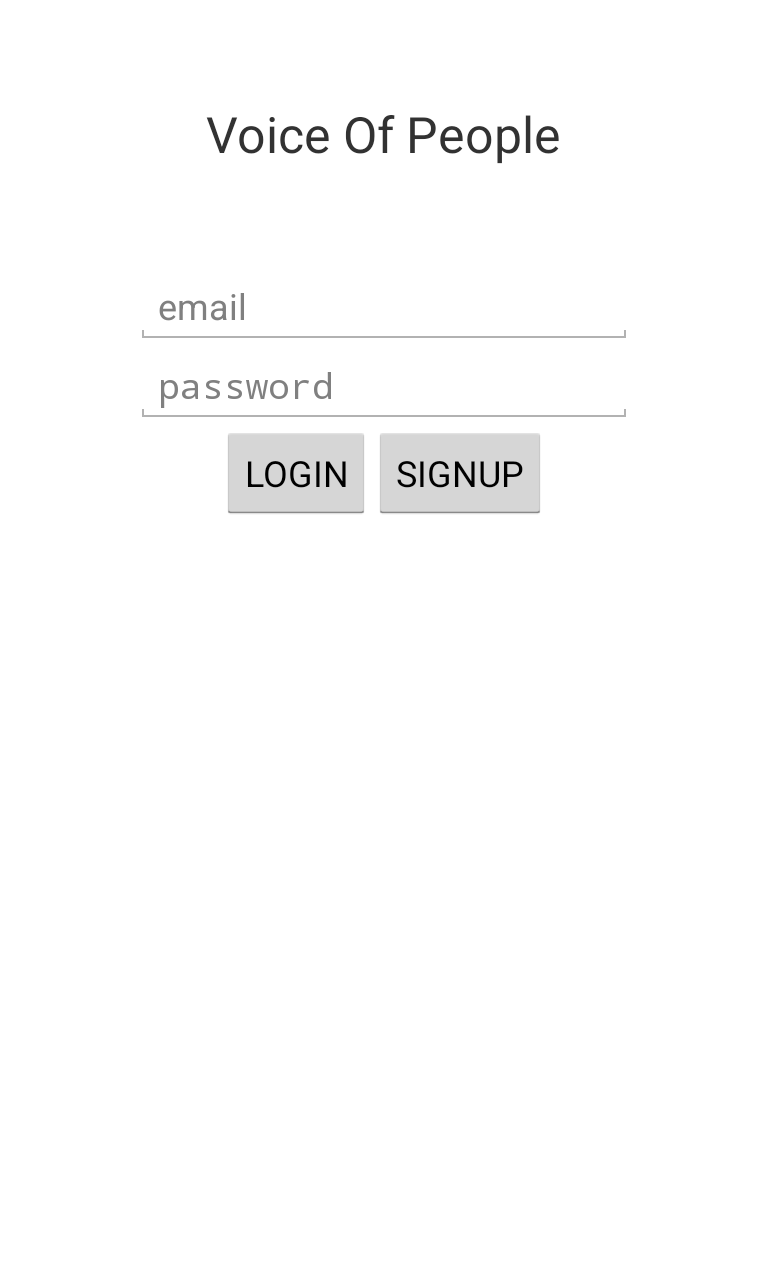
Repository: elvispap/The_Voice_of_People_Android_app
Layout: Voice of People/res/layout/signup.xml
The author's editor kept a copy of each file at every save. The layout is drawn from the files as they stood at one save, then again after the next save.
It is drawn on a 768 x 1280 px phone screen (xhdpi) without system bars, with theme AppTheme; the app's code is not run.

Above is the layout before, as saved 2014-01-02 17:15:38.

After the next save:
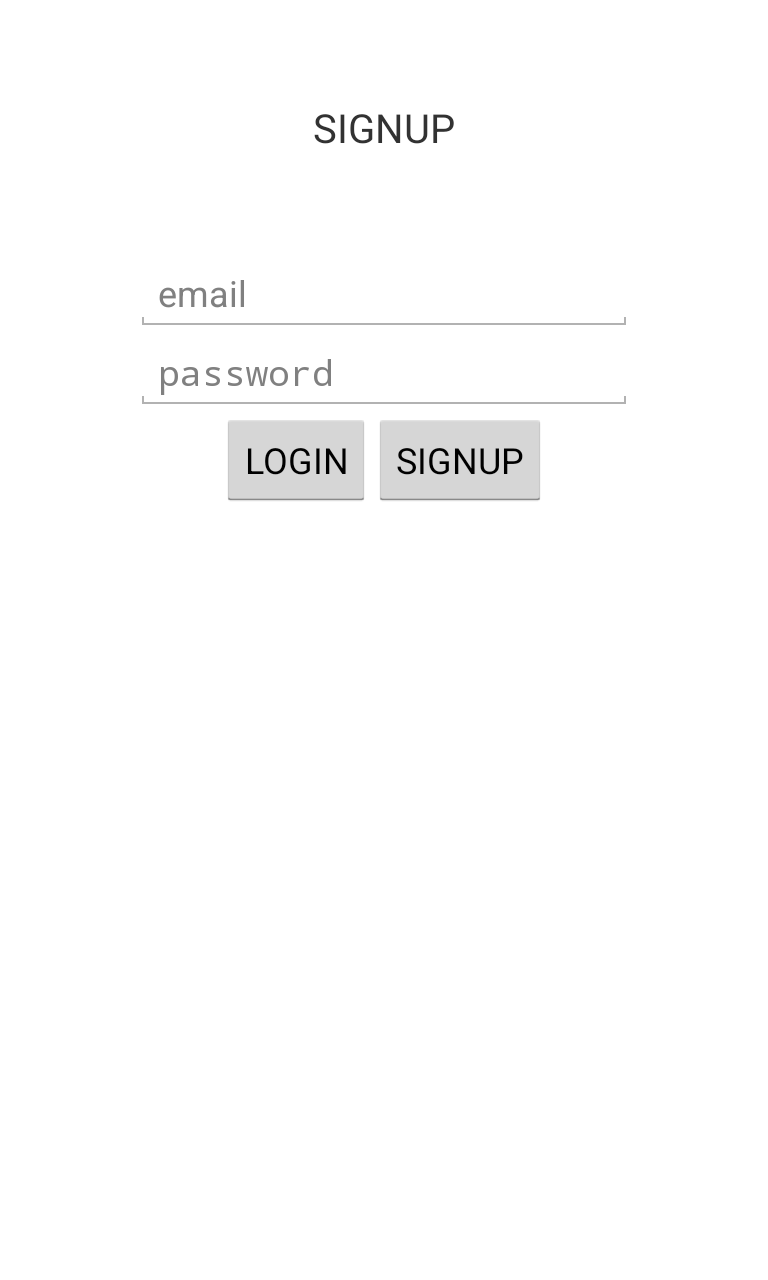
Saved 2 min 25 s later.
--- a/Voice of People/res/layout/signup.xml
+++ b/Voice of People/res/layout/signup.xml
@@ -14,9 +14,10 @@
 	        android:layout_width="wrap_content"
 	        android:layout_height="wrap_content"
 	        android:layout_gravity="center_horizontal"
-	        android:text="Voice Of People"
-	        android:textSize="25dp"
+	        android:text="SIGNUP"
+	        android:textSize="20dp"
 	        android:layout_marginBottom="50dp"/>
+
 
 	    <EditText
 	        android:id="@+id/email"
